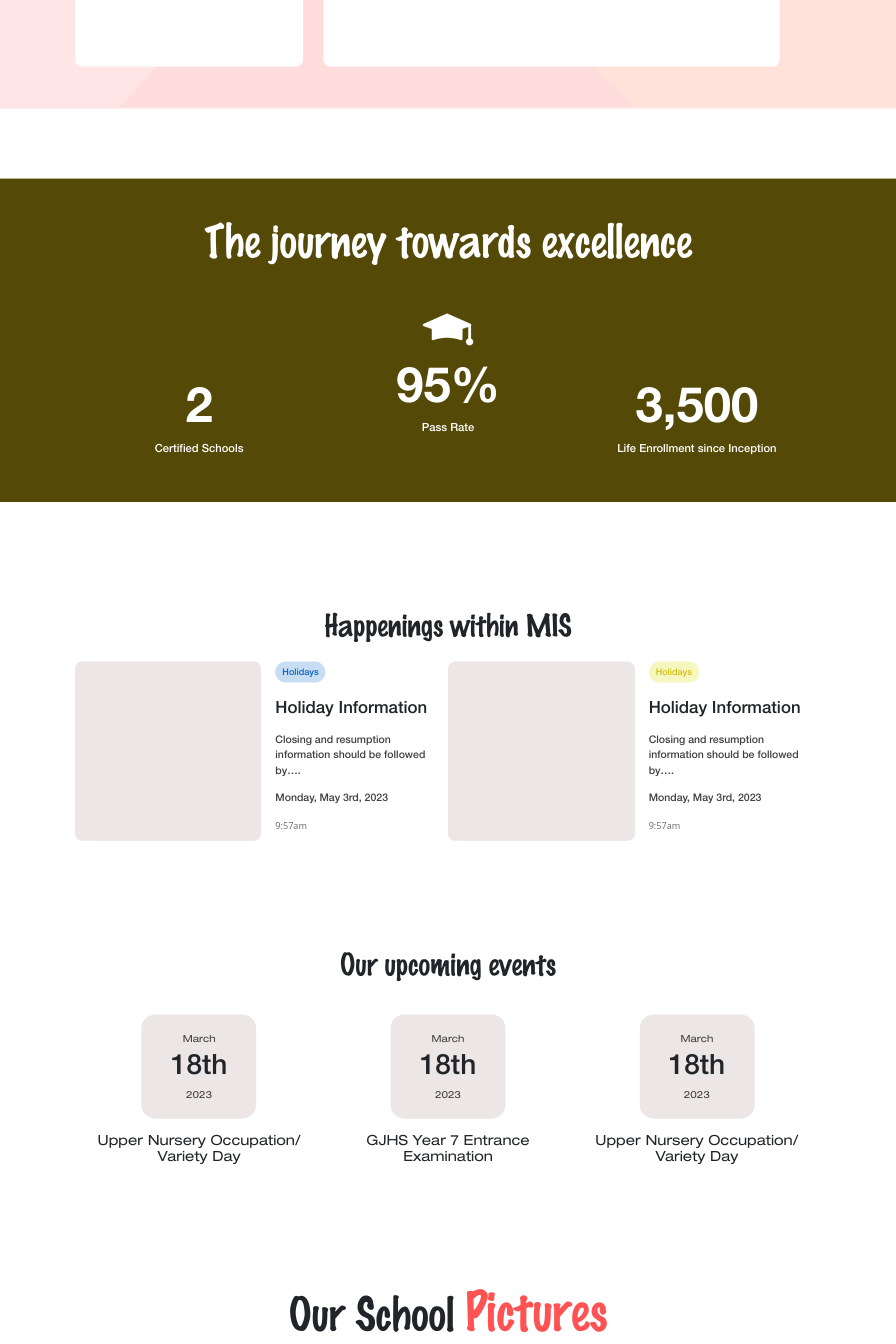
Repository: sarahnnanyelugo/MIGS
Page: /
The author's editor kept a copy of each file at every save. The page is drawn from the files as they stood at one save, then again after the next save.
The browser window is 1280 px wide. The pictures show the part of the page from y = 3803 to 5723 px (the page is 5723 px tall), at 70% of full size.
The project was rebuilt for these pictures with package versions that can differ from the ones it lists, and the page was loaded fresh each time.

Above is the page before, as saved 2023-05-30 14:18:38.

After the next save:
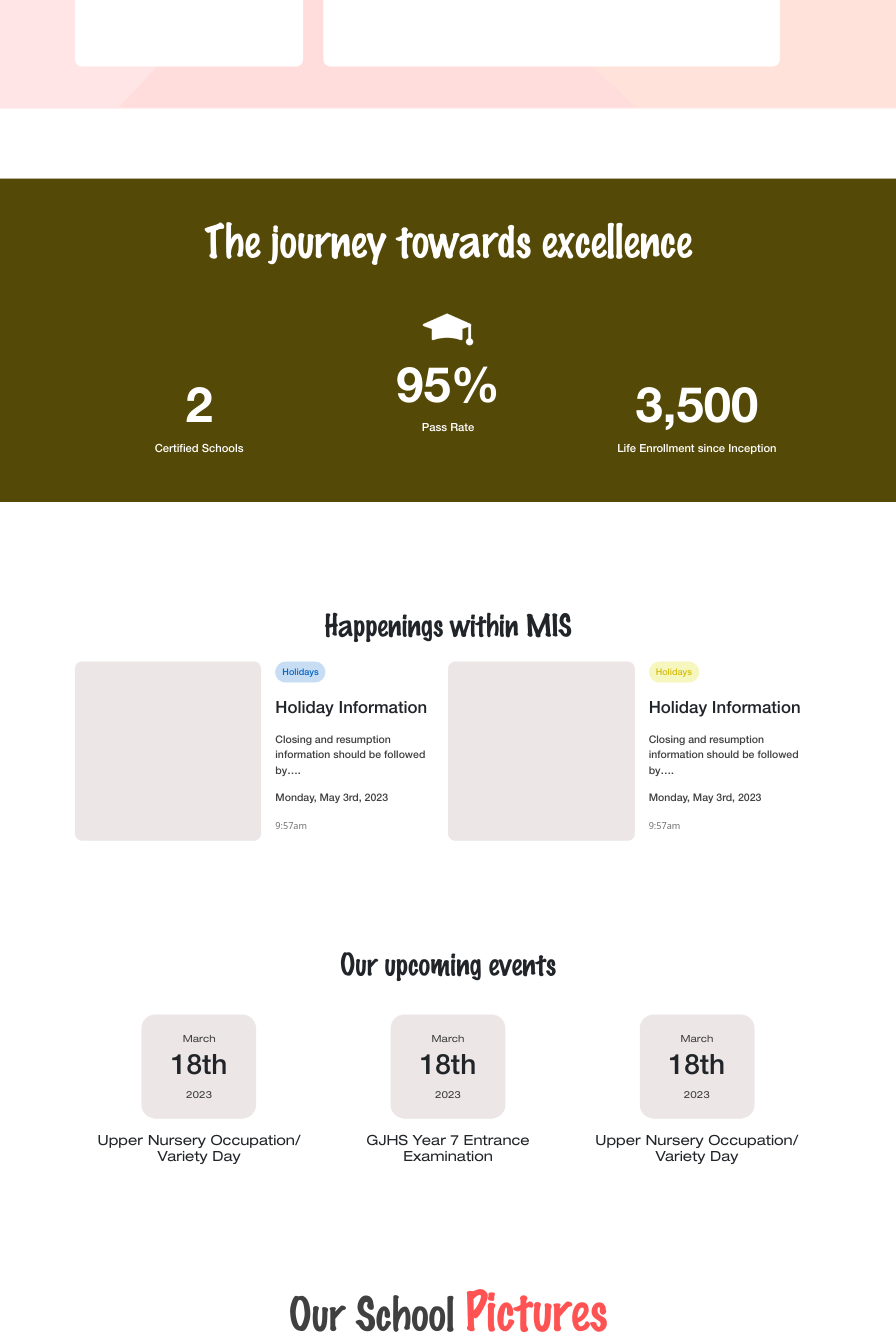
Saved 15 s later.
--- a/src/pages/Home/home.scss
+++ b/src/pages/Home/home.scss
@@ -185,6 +185,7 @@
 .pictures-container {
   h1 {
     font-size: 60px;
+    color: #414040;
   }
   span {
     font-size: 70px;
